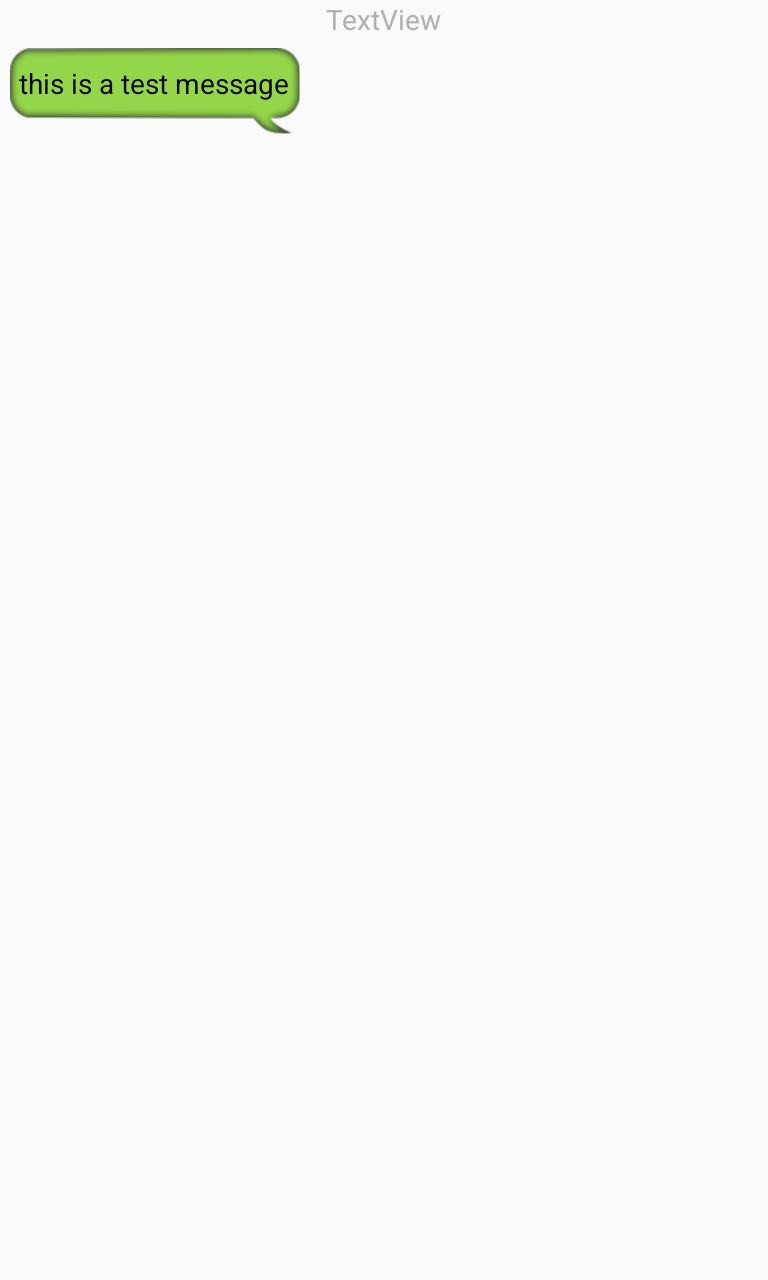
Repository: fareehaamjad/SMI-final
Layout: SecureMobileIdentity/res/layout/sms_row.xml
These files come from the project's save history. The layout is drawn as it stood at one moment and after the next save; the edit follows.
It is drawn on a 768 x 1280 px phone screen (xhdpi) without system bars, with theme AppTheme; the app's code is not run.

Above is the layout before, as saved 2015-08-22 09:36:59.

### SecureMobileIdentity/res/layout/sms_row.xml
<?xml version="1.0" encoding="utf-8"?>
<LinearLayout xmlns:android="http://schemas.android.com/apk/res/android"
    android:layout_width="fill_parent"
    android:layout_height="fill_parent"
    android:orientation="vertical" >

    <TextView
        android:id="@+id/textView1"
        android:layout_width="wrap_content"
        android:layout_height="wrap_content"
        android:layout_gravity="center_horizontal"
        android:text="TextView"
        android:textColor="#B0B0B0"
        android:textSize="14sp" />

    <TextView
        android:id="@+id/message_text"
        android:layout_width="wrap_content"
        android:layout_height="wrap_content"
        android:layout_margin="5sp"
        android:background="@drawable/speech_bubble_green"
        android:shadowColor="@color/textShadow"
        android:shadowDx="1"
        android:shadowDy="1"
        android:textColor="@color/textColor"
        android:text="this is a test message"
        android:textSize="14sp" />

</LinearLayout>

### SecureMobileIdentity/res/values/styles.xml
<resources>

    <!--
        Base application theme, dependent on API level. This theme is replaced
        by AppBaseTheme from res/values-vXX/styles.xml on newer devices.

    -->
    <style name="AppBaseTheme" parent="Theme.AppCompat.Light">
        <!--
            Theme customizations available in newer API levels can go in
            res/values-vXX/styles.xml, while customizations related to
            backward-compatibility can go here.

        -->
    </style>

    <!-- Application theme. -->
    <style name="AppTheme" parent="AppBaseTheme">
        <!-- All customizations that are NOT specific to a particular API-level can go here. -->
    </style>

    <style name="chat_text_message_style">
        <item name="android:layout_width">wrap_content</item>
        <item name="android:layout_height">wrap_content</item>
        <item name="android:paddingTop">5dp</item>
        <item name="android:paddingBottom">5dp</item>
        <item name="android:paddingLeft">8dp</item>
        <item name="android:paddingRight">8dp</item>
        <item name="android:textSize">16sp</item>
        <item name="android:textColor">@android:color/black</item>
    </style>

    <style name="chat_timings">
        <item name="android:layout_width">wrap_content</item>
        <item name="android:layout_height">wrap_content</item>
        <item name="android:textSize">12sp</item>
    </style>

</resources>

### SecureMobileIdentity/res/values/colors.xml
<?xml version="1.0" encoding="utf-8"?>
<resources>
    <item name="textColor" type="color">#000000</item>
    <color name="textShadow">#FFF</color>
    <color name="blue">#33B5E5</color>
    <color name="purple">#57068c</color>
</resources>

Loaded but not shown: SecureMobileIdentity/res/values-v11/styles.xml (common file); SecureMobileIdentity/res/values-v14/styles.xml (common file)

After the next save:
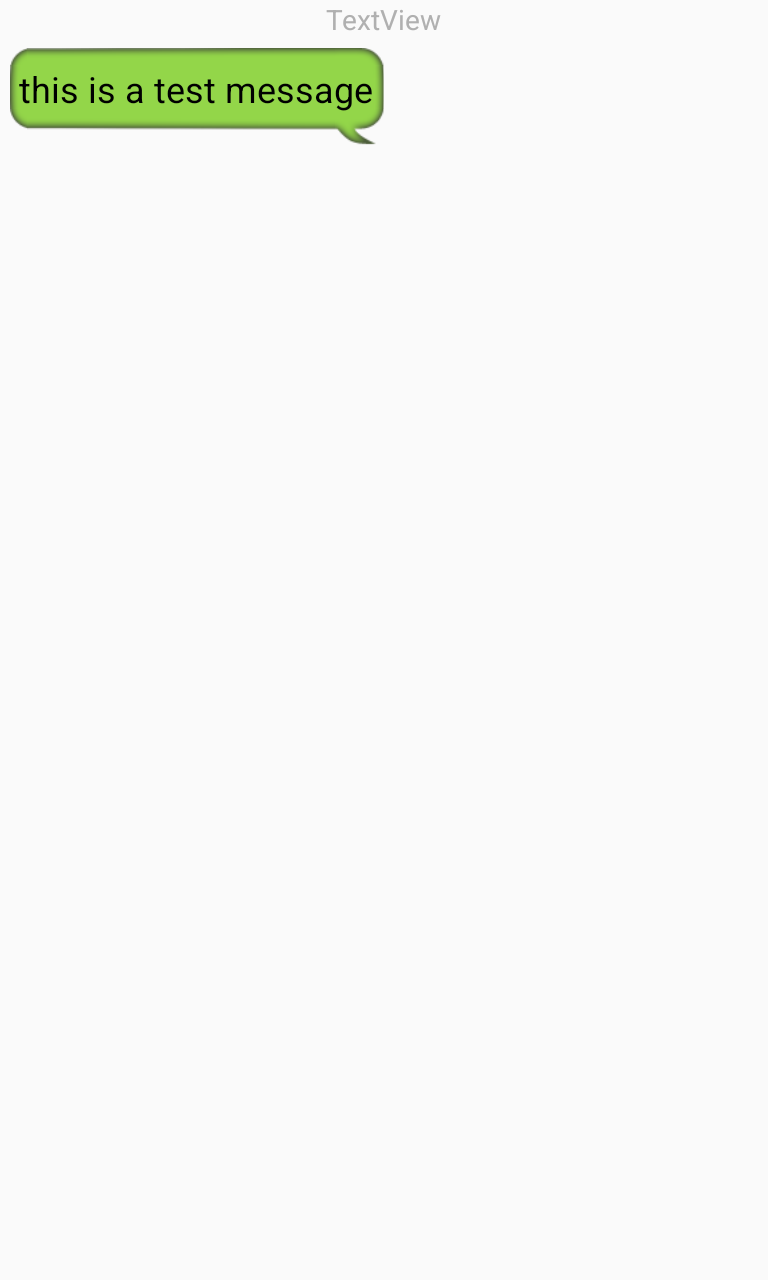
Saved 9 s later.
--- a/SecureMobileIdentity/res/layout/sms_row.xml
+++ b/SecureMobileIdentity/res/layout/sms_row.xml
@@ -24,6 +24,6 @@
         android:shadowDy="1"
         android:textColor="@color/textColor"
         android:text="this is a test message"
-        android:textSize="14sp" />
+        android:textSize="18sp" />
 
 </LinearLayout>
